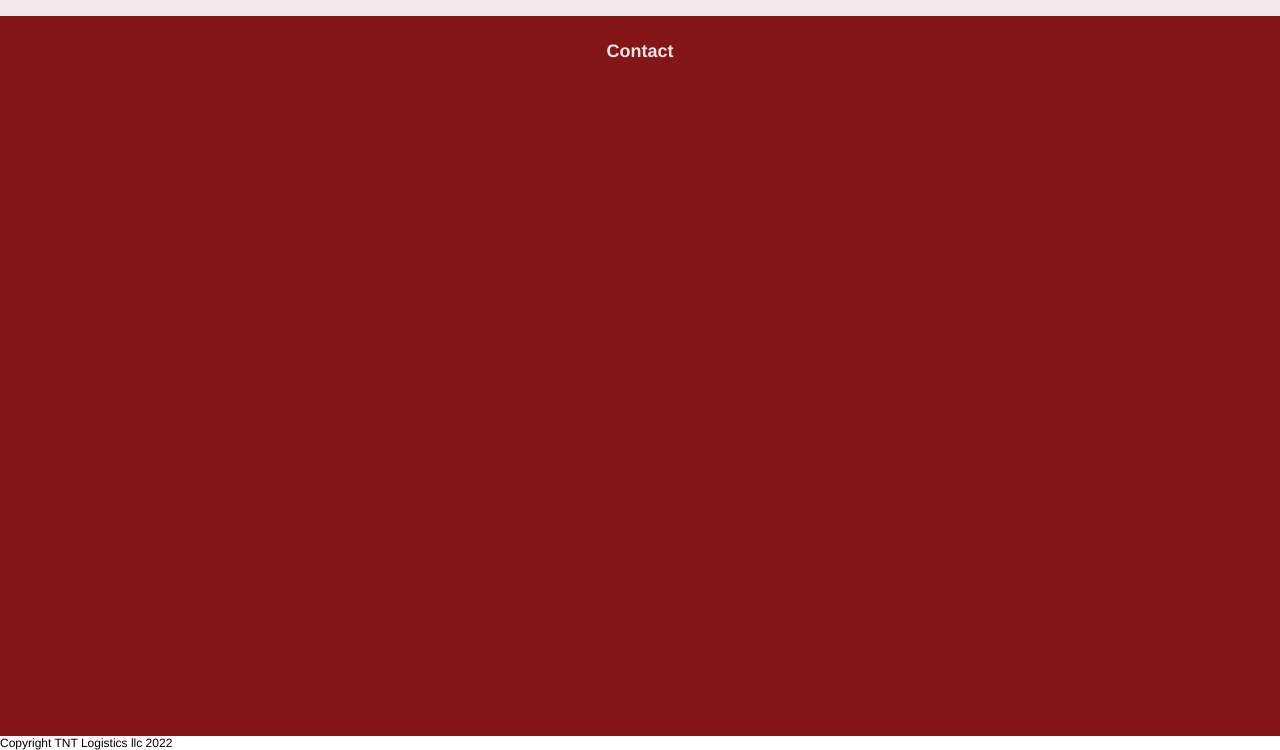
Repository: tommygoverstreet/tntlogisticsllc
Page: index.html
These files come from the project's save history. The page is drawn as it stood at one moment and after a run of saves; the edit follows.
The browser window is 1280 px wide. The pictures show the part of the page from y = 2780 to 3732 px (the page is 3530 px tall before and 3732 px after).
Some web fonts or font styles are not loaded; a fallback is used.

Above is the page before, as saved 2022-04-17 20:08:32.

After the next 2 saves:
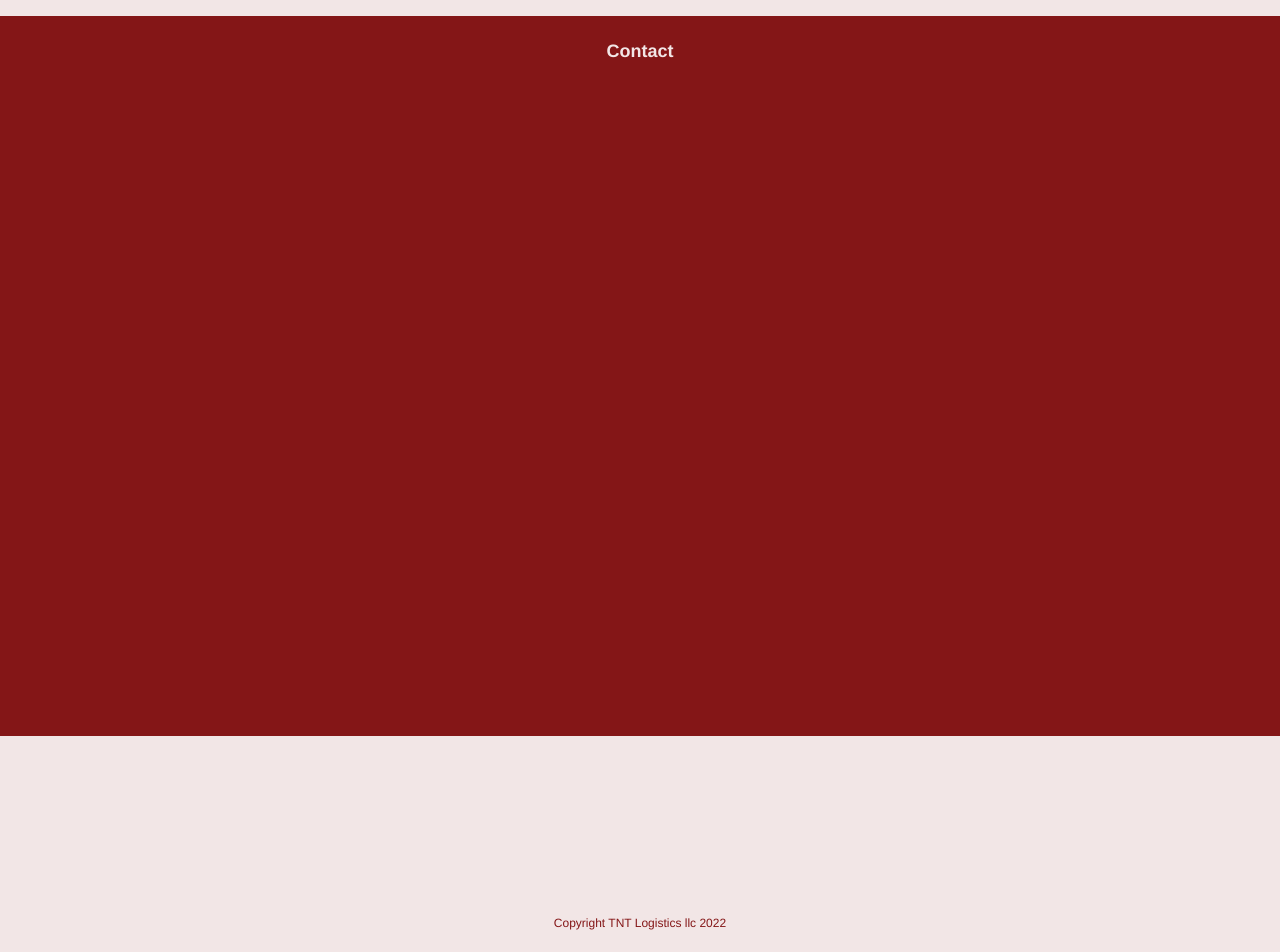
The 2 saves are shown as one change because they came seconds apart.
The last was saved 7 s later.
--- a/style/class.css
+++ b/style/class.css
@@ -255,7 +255,7 @@
  border-radius: 15px;
 }
 
-/*-- Contact Section
+/*-- Contact Section Container --*/
 .contact {}
 
 .footer {

After the 2 saves that followed:
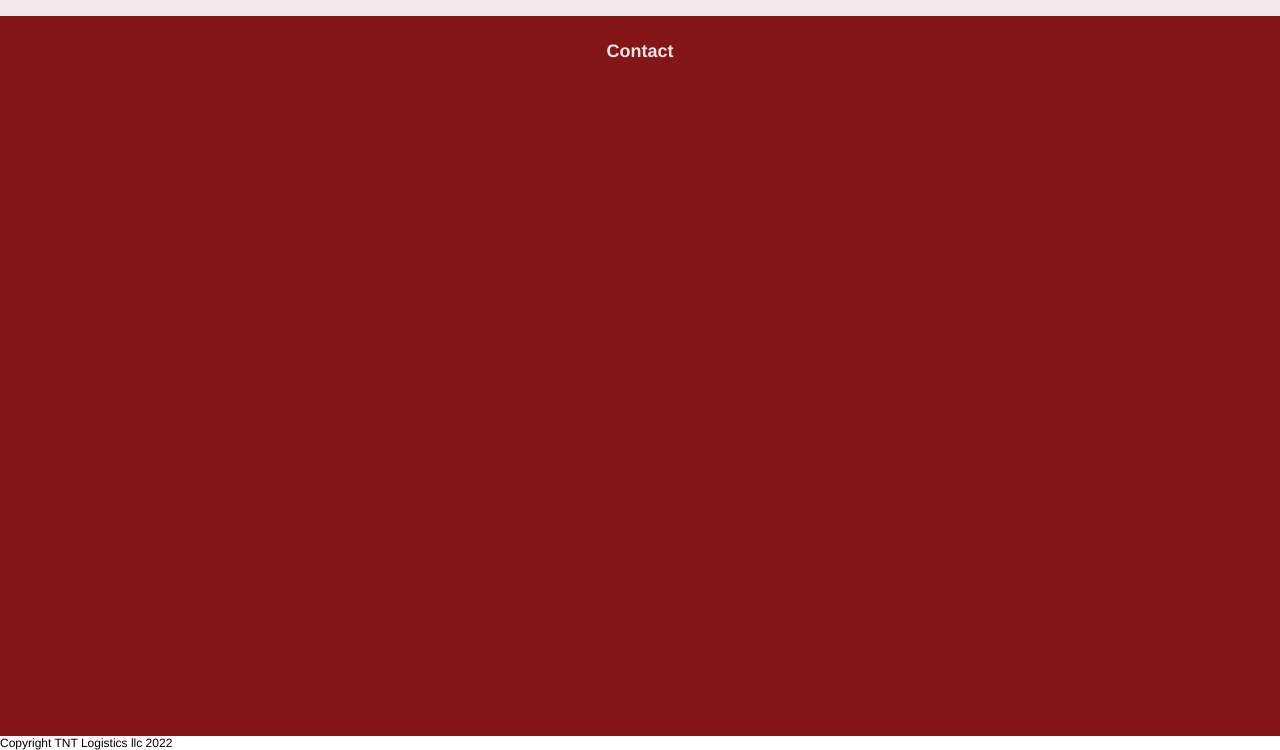
The 2 saves are shown as one change because 1 left the picture as it was.
The last was saved 13 s later.
--- a/style/class.css
+++ b/style/class.css
@@ -258,6 +258,7 @@
 /*-- Contact Section Container --*/
 .contact {}
 
+/*--
 .footer {
  height: 30vh;
  width: 100vw;
